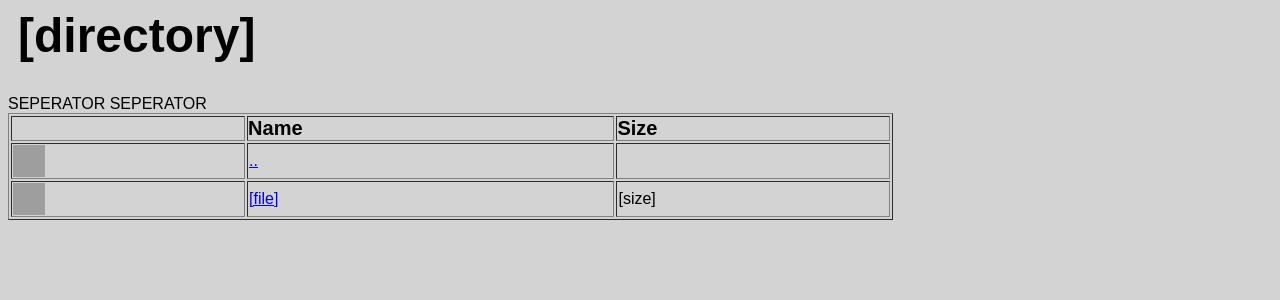
Repository: sharhar/JavaWebserver
Page: Server/res/nav.html
The author's editor kept a copy of each file at every save. The page is drawn from the files as they stood at one save, then again after the next save.
The browser window is 1280 px wide. The pictures show the whole page.
Pictures or frames that could not be fetched are drawn as grey boxes.

Above is the page before, as saved 2016-05-15 21:09:32.

After the next save:
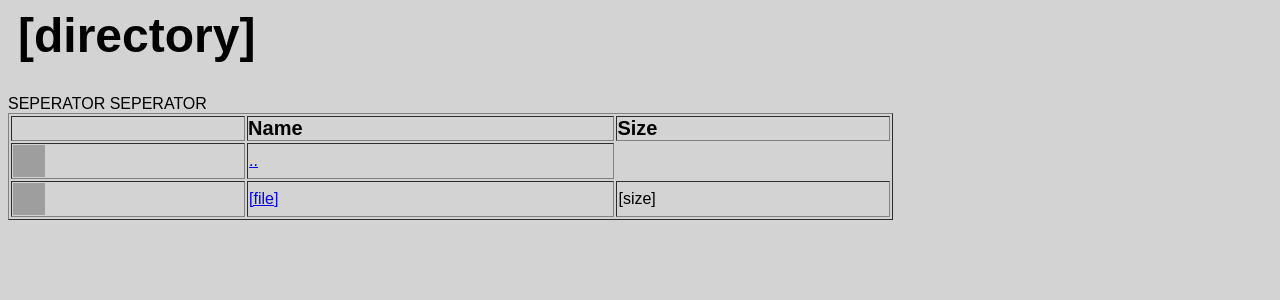
Saved 4 s later.
--- a/Server/res/nav.html
+++ b/Server/res/nav.html
@@ -40,7 +40,6 @@
 				<tr>
 					<td><img src="[bimg]" height="32" width = "32"></td>
 					<td><a href="[back]">..</a></td>
-					<td></td>
 				</tr>
 SEPERATOR
 					<tr>

After the save that followed:
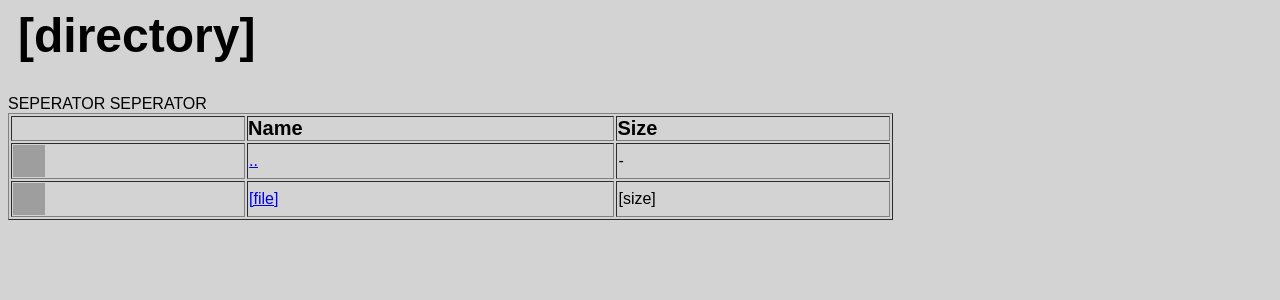
Saved 4 s later.
--- a/Server/res/nav.html
+++ b/Server/res/nav.html
@@ -40,6 +40,7 @@
 				<tr>
 					<td><img src="[bimg]" height="32" width = "32"></td>
 					<td><a href="[back]">..</a></td>
+					<td>-</td>
 				</tr>
 SEPERATOR
 					<tr>
